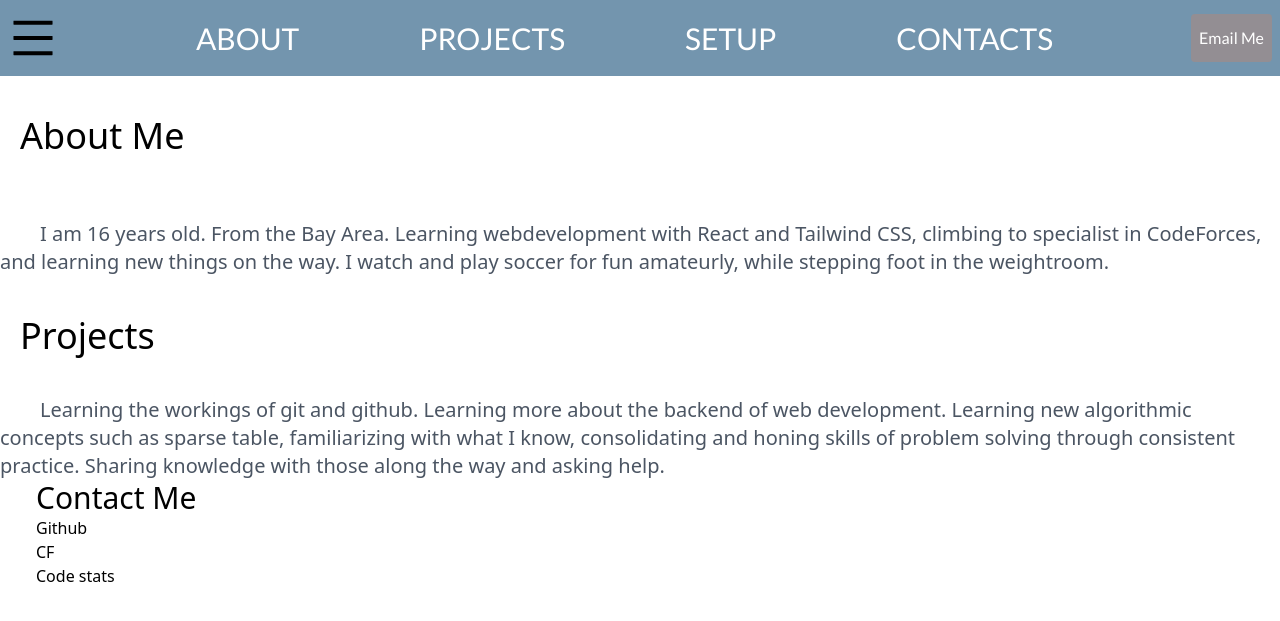
Repository: joshuayanggithub/joshua-yang-website
Page: /
These files come from the project's save history. The page is drawn as it stood at one moment and after the next save; the edit follows.
The browser window is 1280 px wide. The pictures show the whole page.
The project was rebuilt for these pictures with package versions that can differ from the ones it lists, and the page was loaded fresh each time.

Above is the page before, as saved 2023-01-07 17:40:16.

### public/index.html
<!DOCTYPE html>
<html lang="en">
  <head>
    <meta charset="utf-8" />
    <link rel="icon" href="%PUBLIC_URL%/favicon.ico" />
    <meta name="viewport" content="width=device-width, initial-scale=1" />
    <meta name="theme-color" content="#000000" />
    <meta
      name="description"
      content="Web site created using create-react-app"
    />
    <link rel="apple-touch-icon" href="%PUBLIC_URL%/logo192.png" />
    <!--
      manifest.json provides metadata used when your web app is installed on a
      user's mobile device or desktop. See https://developers.google.com/web/fundamentals/web-app-manifest/
    -->
    <link rel="manifest" href="%PUBLIC_URL%/manifest.json" />
    <!--
      Notice the use of %PUBLIC_URL% in the tags above.
      It will be replaced with the URL of the `public` folder during the build.
      Only files inside the `public` folder can be referenced from the HTML.

      Unlike "/favicon.ico" or "favicon.ico", "%PUBLIC_URL%/favicon.ico" will
      work correctly both with client-side routing and a non-root public URL.
      Learn how to configure a non-root public URL by running `npm run build`.
    -->
    <title>Joshua Yang</title>
  </head>
  <body>
    <noscript>You need to enable JavaScript to run this app.</noscript>
    <div id="root"></div>
    <!--
      This HTML file is a template.
      If you open it directly in the browser, you will see an empty page.

      You can add webfonts, meta tags, or analytics to this file.
      The build step will place the bundled scripts into the <body> tag.

      To begin the development, run `npm start` or `yarn start`.
      To create a production bundle, use `npm run build` or `yarn build`.
    -->
  </body>
</html>

### src/index.css
@import url('https://fonts.googleapis.com/css2?family=Lato:ital,wght@0,100;0,300;0,400;0,700;0,900;1,100;1,400;1,700;1,900&display=swap');

@import url('https://fonts.googleapis.com/css2?family=Prata&display=swap');

@tailwind base;
@tailwind components;
@tailwind utilities;

### src/App.js
import NavBar from "./components/NavBar";
import About from "./components/About";
import Contacts from "./components/Contacts";
import Setup from "./components/Setup";
import Projects from "./components/Projects";

function App() {
  return (
    <>
      <NavBar />
      <About />
      <Projects />
      <Setup />
      <Contacts />
    </>
  );
}

export default App;

### src/components/NavBar.jsx
import React from "react";
import {AiOutlineMenu} from 'react-icons/ai'
import Button from './Button'

const NavBar = () => {
  const links = [
    {'id': 1, 'name': 'About'},
    {'id': 2, 'name': 'Projects'},
    {'id': 3, 'name': 'Setup'},
    {'id': 4, 'name': 'Contacts'}
  ]

  return (
    <div class="flex bg-sasskyblue w-full p-2 justify-between items-center">
      <div>
        <AiOutlineMenu size={50}></AiOutlineMenu>
      </div>

      <ul class="md:flex gap-20 p-3">
        {
          links.map((link) =>
            <li key={link.id}>
              <a href='#About' class="text-3xl text-white px-5 hover:bg-sasnavyblue duration-300 uppercase font-button">{link.name}</a>
            </li>
          )
        }
      </ul>

      <Button> Email Me </Button>

    </div>
  );
};

export default NavBar;

### src/components/About.jsx
import React from 'react'

const About = () => {
  return (
    <div class="flex flex-col">
      <h1 class="text-black text-4xl float-left px-5 my-10">About Me</h1>
      <br></br>
      <p class="indent-10 text-gray-600 text-xl">I am 16 years old. From the Bay Area. Learning webdevelopment with React and Tailwind CSS, climbing to specialist in CodeForces, and learning new things on the way. I watch and play soccer for fun amateurly, while stepping foot in the weightroom. </p>
    </div>
  );
}

export default About

### src/components/Contacts.jsx
import React from 'react'

const Contacts = () => {
  return (
    <div class="flex flex-col mx-5 px-4">
      <h1 class="text-3xl">Contact Me</h1>
      <a href="https://github.com/joshuayanggithub">Github</a>
      <a href="https://codeforces.com/profile/JoshuaYang">CF</a>
      <a href="https://wakatime.com/@joshuayang">Code stats</a>
    </div>
  );
}

export default Contacts

### src/components/Setup.jsx
import React from 'react'

const Setup = () => {
  return (
    <div>

    </div>
  );
}

export default Setup

### src/components/Projects.jsx
import React from 'react'

const Projects = () => {
  return (
    <div class="flex flex-col">
      <h1 class="text-black text-4xl float-left px-5 my-10">Projects</h1>
      <p class="indent-10 text-gray-600 text-xl">
        Learning the workings of git and github. Learning more about the backend of web development. Learning new algorithmic concepts such as sparse table, familiarizing with what I know,  consolidating and honing skills of problem solving through consistent practice. Sharing knowledge with those along the way and asking help.
      </p>
    </div>
  );
}

export default Projects

### src/components/Button.jsx
import React from "react";

const Button = (props) => {
  return (
    <button class="bg-sasgrey text-white font-button py-3  px-2 rounded">
      {props.children}
    </button>
  );
}

export default Button

### tailwind.config.js
/** @type {import('tailwindcss').Config} */
module.exports = {
  content: [
    "./src/components/*.{html,js,jsx}",
    "./src/**/*.{html,js,jsx}",
  ],
  theme: {
    screens: {
      'sm': '640px',
      // => @media (min-width: 640px) { ... }

      'md': '768px',
      // => @media (min-width: 768px) { ... }

      'lg': '1024px',
      // => @media (min-width: 1024px) { ... }

      'xl': '1280px',
      // => @media (min-width: 1280px) { ... }

      '2xl': '1536px',
      // => @media (min-width: 1536px) { ... }
    },
    extend: {
      colors: {
        'sasblack':'#5D5C61',
        'sasgrey': '#938e93',
        'sasskyblue': '#7395AE',
        'sasnavyblue': '#557A95',
        'sasgold':'#B1A296',
      }
    },
    fontFamily: {
      button: ['Lato',],
      body: ['Prata',],
    },
  },
  plugins: [],
}

Loaded but not shown: src/index.js (common file)

After the next save:
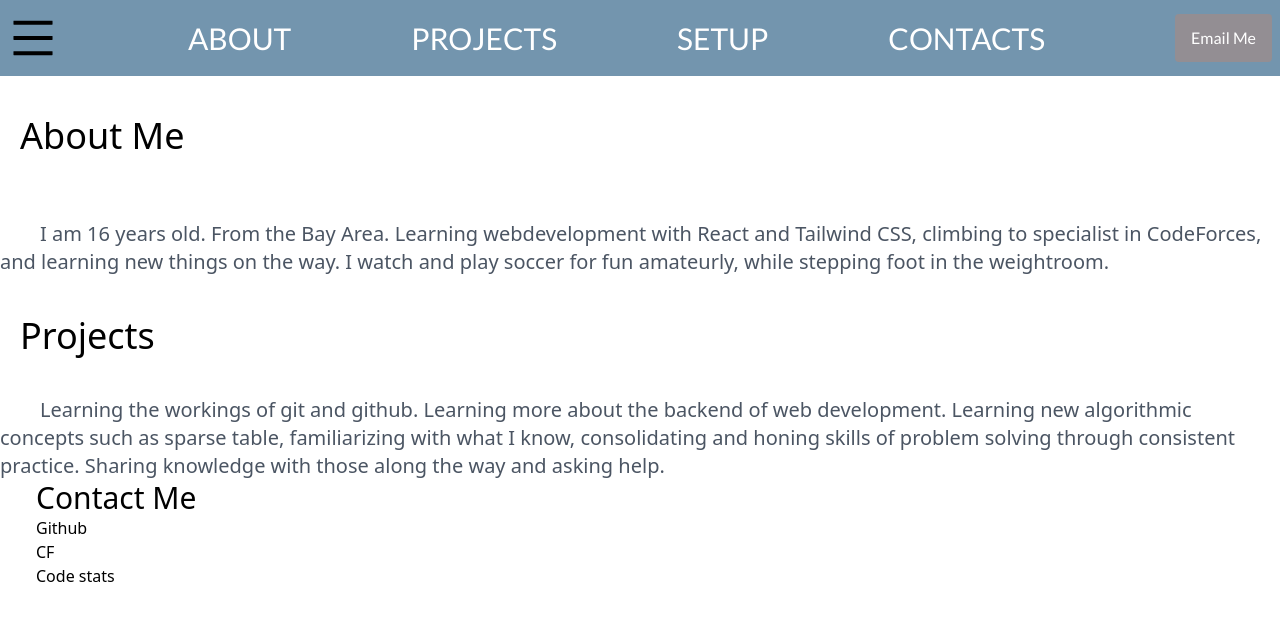
Saved 4 s later.
--- a/src/components/Button.jsx
+++ b/src/components/Button.jsx
@@ -2,7 +2,7 @@ import React from "react";
 
 const Button = (props) => {
   return (
-    <button class="bg-sasgrey text-white font-button py-3  px-2 rounded">
+    <button class="bg-sasgrey text-white font-button py-3  px-4 rounded">
       {props.children}
     </button>
   );
